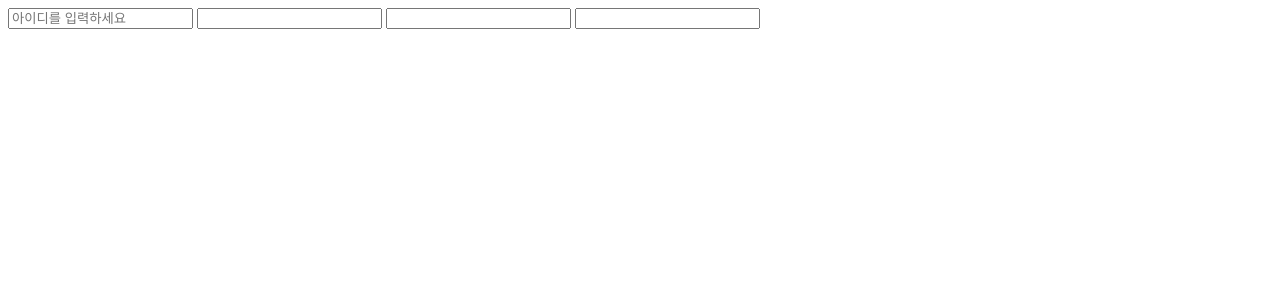
Repository: BangHoJung/jsp
Page: http://localhost/BoardProject_0105__/member/register.jsp
These files come from the project's save history. The page is drawn as it stood at one moment and after the next save; the edit follows.
The browser window is 1280 px wide. The pictures show the whole page.
The page is served by Tomcat 9.

Above is the page before, as saved 2020-12-29 07:35:27.

After the next save:
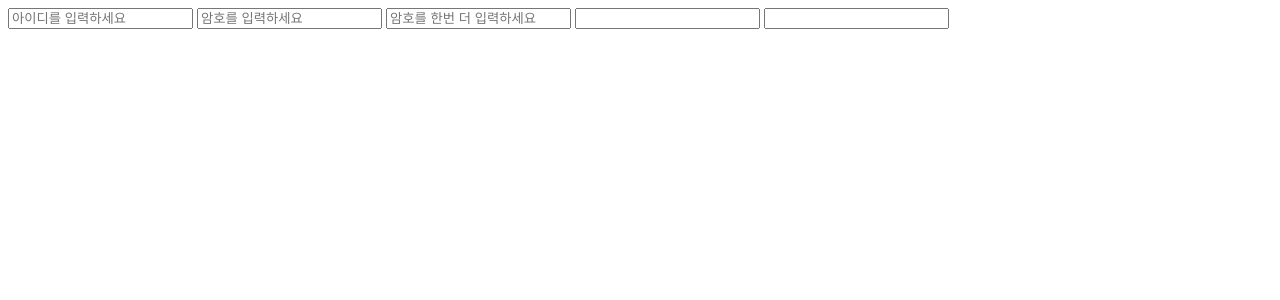
Saved 14 s later.
--- a/BoardProject(0105~)/WebContent/member/register.jsp
+++ b/BoardProject(0105~)/WebContent/member/register.jsp
@@ -10,7 +10,8 @@
 	<!-- 아이디, 암호, 이름, 나이 입력받는 회원가입 폼 -->
 	<div id="container">
 		<input type="text" name="id" id="id" placeholder="아이디를 입력하세요">
-		<input type="text" name="id" id="id" placeholder="">
+		<input type="text" name="id" id="id" placeholder="암호를 입력하세요">
+		<input type="text" name="id" id="id" placeholder="암호를 한번 더 입력하세요">
 		<input type="text" name="id" id="id" placeholder="">
 		<input type="text" name="id" id="id" placeholder="">
 	</div>
